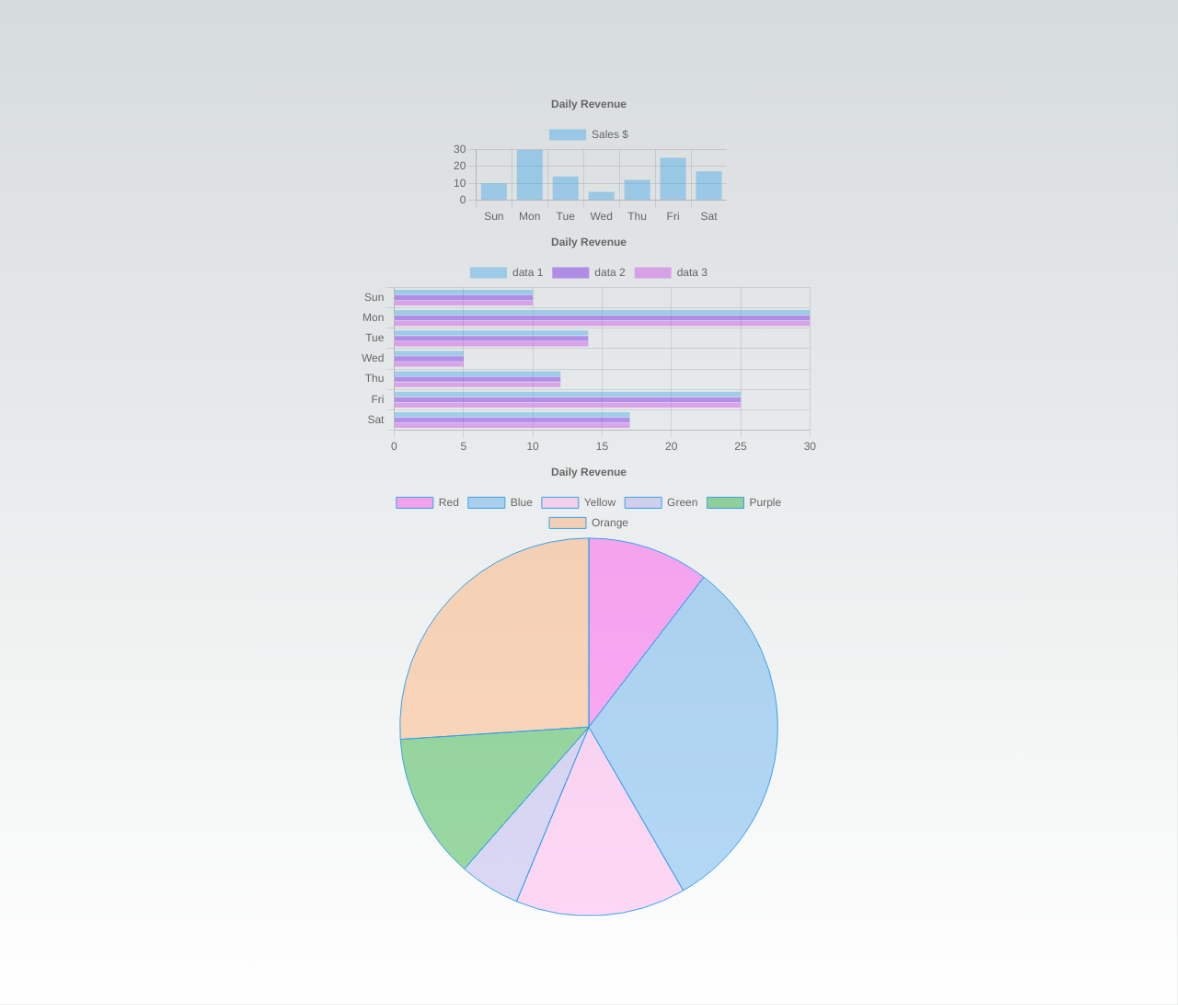
Repository: zeno-wkc/charts
Page: /
An editor plug-in stored every save of this project. The page is shown before and after the next save, followed by the edit.
The browser window is 1280 px wide. The pictures show the whole page, at 92% of full size.
The project was rebuilt for these pictures with package versions that can differ from the ones it lists, and the page was loaded fresh each time. The framework's server and built-in components were replaced by stand-ins that run in the browser. Also part of the build but not shown: next.config.mjs.

Above is the page before, as saved 2024-04-15 14:29:08.

After the next save:
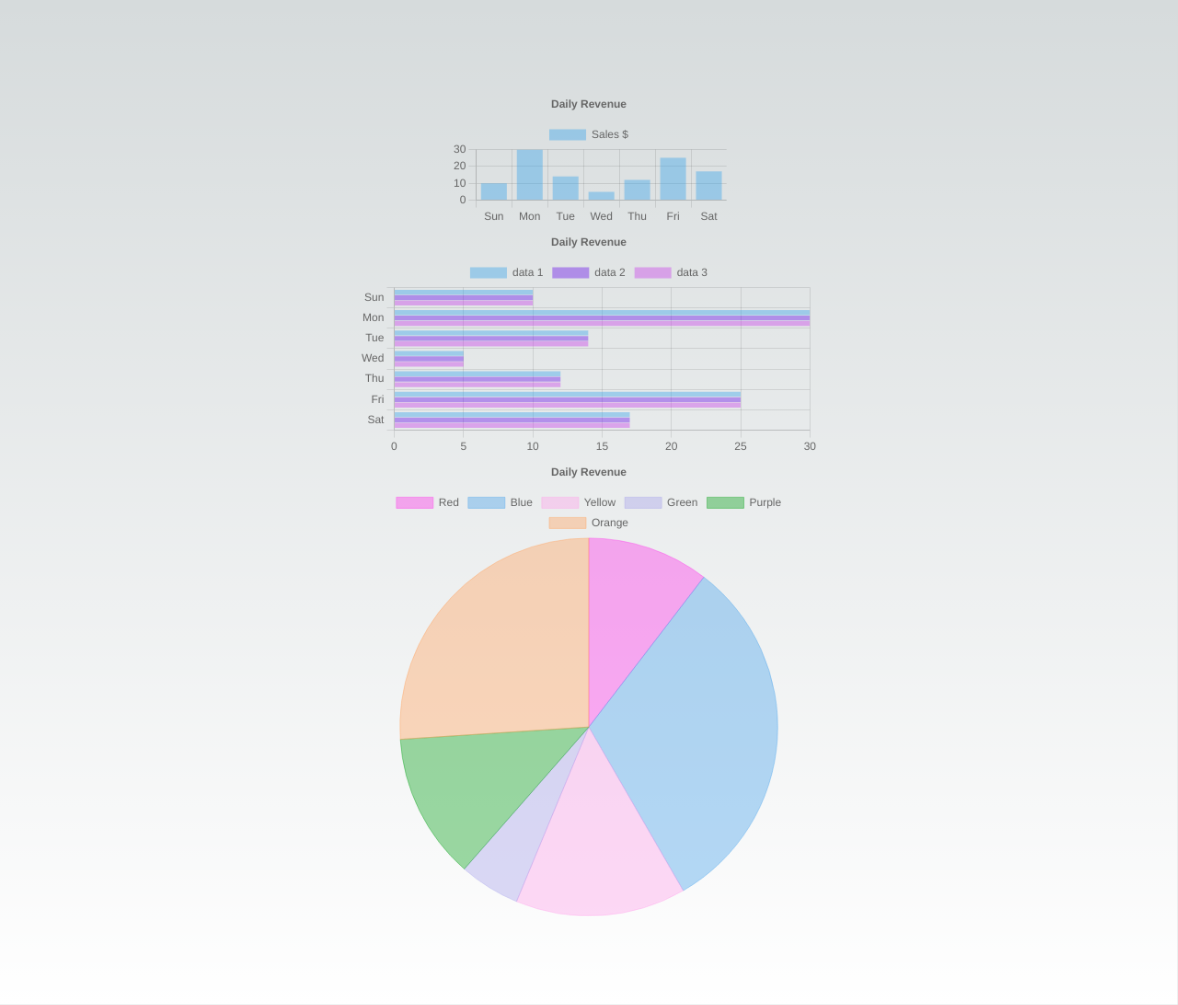
Saved 88 s later.
--- a/components/PieChart/index.js
+++ b/components/PieChart/index.js
@@ -27,7 +27,7 @@ export default function PieChart() {
       datasets: [{
           label: '# of Votes',
           data: [10, 30, 14, 5, 12, 25],
-          borderColor: 'rgb(53, 162, 235)',
+          borderColor: ['rgba(255, 54, 235, .4)', 'rgba(74, 162, 235, .4)','rgba(255, 162, 235, .4)', 'rgba(167, 162, 235, .4)', 'rgba(12, 162, 28, .4)', 'rgba(255, 162, 95, .4)'],
           backgroundColor: ['rgba(255, 54, 235, .4)', 'rgba(74, 162, 235, .4)','rgba(255, 162, 235, .4)', 'rgba(167, 162, 235, .4)', 'rgba(12, 162, 28, .4)', 'rgba(255, 162, 95, .4)'],
           borderWidth: 1
       }]
